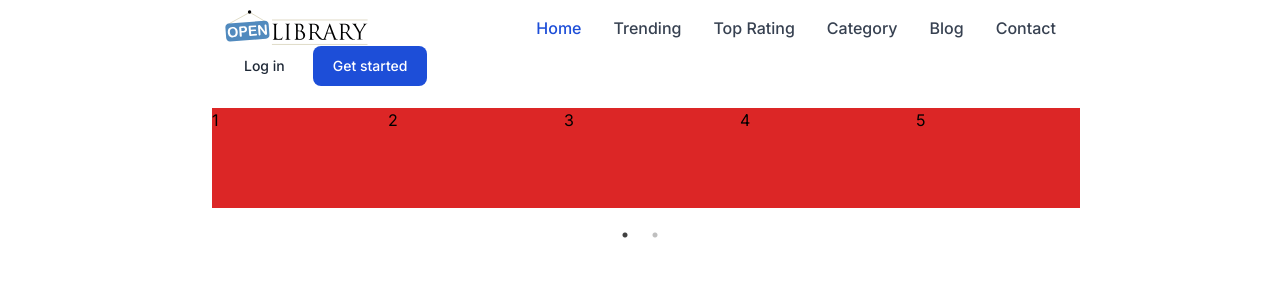
Repository: XuanKhanhHoang/Library-System-Frontend
Page: /
These files come from the project's save history. The page is drawn as it stood at one moment and after the next save; the edit follows.
The browser window is 1280 px wide. The pictures show the whole page.
The project was rebuilt for these pictures with package versions that can differ from the ones it lists, and the page was loaded fresh each time. The framework's server and built-in components were replaced by stand-ins that run in the browser. Also part of the build but not shown: next.config.mjs.

Above is the page before, as saved 2024-09-22 15:17:18.

### src/app/layout.tsx
import type { Metadata } from "next";
import { Inter } from "next/font/google";
import "./globals.css";
import "slick-carousel/slick/slick.css";
import "slick-carousel/slick/slick-theme.css";

const inter = Inter({ subsets: ["latin"] });

export const metadata: Metadata = {
  title: "Create Next App",
  description: "Generated by create next app",
};

export default function RootLayout({
  children,
}: Readonly<{
  children: React.ReactNode;
}>) {
  return (
    <html lang="en">
      <body className={inter.className}>
        <div className="mx-[200px]">
          <header>
            <nav className="bg-white border-gray-200 px-4 lg:px-6 py-2.5 dark:bg-gray-800">
              <div className="flex flex-wrap items-center justify-between max-w-screen-xl mx-auto">
                <img
                  src="./openlibrary-logo-tighter.svg"
                  className="h-6 mr-3 sm:h-9"
                  alt="Flowbite Logo"
                />
                <div className="flex items-center lg:order-2">
                  <a
                    href="#"
                    className="text-gray-800 dark:text-white hover:bg-gray-50 focus:ring-4 focus:ring-gray-300 font-medium rounded-lg text-sm px-4 lg:px-5 py-2 lg:py-2.5 mr-2 dark:hover:bg-gray-700 focus:outline-none dark:focus:ring-gray-800"
                  >
                    Log in
                  </a>
                  <a
                    href="#"
                    className="text-white bg-primary-700 hover:bg-primary-800 focus:ring-4 focus:ring-primary-300 font-medium rounded-lg text-sm px-4 lg:px-5 py-2 lg:py-2.5 mr-2 dark:bg-primary-600 dark:hover:bg-primary-700 focus:outline-none dark:focus:ring-primary-800"
                  >
                    Get started
                  </a>
                  <button
                    data-collapse-toggle="mobile-menu-2"
                    type="button"
                    className="inline-flex items-center p-2 ml-1 text-sm text-gray-500 rounded-lg lg:hidden hover:bg-gray-100 focus:outline-none focus:ring-2 focus:ring-gray-200 dark:text-gray-400 dark:hover:bg-gray-700 dark:focus:ring-gray-600"
                    aria-controls="mobile-menu-2"
                    aria-expanded="false"
                  >
                    <span className="sr-only">Open main menu</span>
                    <svg
                      className="w-6 h-6"
                      fill="currentColor"
                      viewBox="0 0 20 20"
                      xmlns="http://www.w3.org/2000/svg"
                    >
                      <path
                        fill-rule="evenodd"
                        d="M3 5a1 1 0 011-1h12a1 1 0 110 2H4a1 1 0 01-1-1zM3 10a1 1 0 011-1h12a1 1 0 110 2H4a1 1 0 01-1-1zM3 15a1 1 0 011-1h12a1 1 0 110 2H4a1 1 0 01-1-1z"
                        clip-rule="evenodd"
                      ></path>
                    </svg>
                    <svg
                      className="hidden w-6 h-6"
                      fill="currentColor"
                      viewBox="0 0 20 20"
                      xmlns="http://www.w3.org/2000/svg"
                    >
                      <path
                        fill-rule="evenodd"
                        d="M4.293 4.293a1 1 0 011.414 0L10 8.586l4.293-4.293a1 1 0 111.414 1.414L11.414 10l4.293 4.293a1 1 0 01-1.414 1.414L10 11.414l-4.293 4.293a1 1 0 01-1.414-1.414L8.586 10 4.293 5.707a1 1 0 010-1.414z"
                        clip-rule="evenodd"
                      ></path>
                    </svg>
                  </button>
                </div>
                <div
                  className="items-center justify-between hidden w-full lg:flex lg:w-auto lg:order-1"
                  id="mobile-menu-2"
                >
                  <ul className="flex flex-col mt-4 font-medium lg:flex-row lg:space-x-8 lg:mt-0">
                    <li>
                      <a
                        href="#"
                        className="block py-2 pl-3 pr-4 text-white rounded bg-primary-700 lg:bg-transparent lg:text-primary-700 lg:p-0 dark:text-white"
                        aria-current="page"
                      >
                        Home
                      </a>
                    </li>
                    <li>
                      <a
                        href="#"
                        className="block py-2 pl-3 pr-4 text-gray-700 border-b border-gray-100 hover:bg-gray-50 lg:hover:bg-transparent lg:border-0 lg:hover:text-primary-700 lg:p-0 dark:text-gray-400 lg:dark:hover:text-white dark:hover:bg-gray-700 dark:hover:text-white lg:dark:hover:bg-transparent dark:border-gray-700"
                      >
                        Trending
                      </a>
                    </li>
                    <li>
                      <a
                        href="#"
                        className="block py-2 pl-3 pr-4 text-gray-700 border-b border-gray-100 hover:bg-gray-50 lg:hover:bg-transparent lg:border-0 lg:hover:text-primary-700 lg:p-0 dark:text-gray-400 lg:dark:hover:text-white dark:hover:bg-gray-700 dark:hover:text-white lg:dark:hover:bg-transparent dark:border-gray-700"
                      >
                        Top Rating
                      </a>
                    </li>
                    <li>
                      <a
                        href="#"
                        className="block py-2 pl-3 pr-4 text-gray-700 border-b border-gray-100 hover:bg-gray-50 lg:hover:bg-transparent lg:border-0 lg:hover:text-primary-700 lg:p-0 dark:text-gray-400 lg:dark:hover:text-white dark:hover:bg-gray-700 dark:hover:text-white lg:dark:hover:bg-transparent dark:border-gray-700"
                      >
                        Category
                      </a>
                    </li>
                    <li>
                      <a
                        href="#"
                        className="block py-2 pl-3 pr-4 text-gray-700 border-b border-gray-100 hover:bg-gray-50 lg:hover:bg-transparent lg:border-0 lg:hover:text-primary-700 lg:p-0 dark:text-gray-400 lg:dark:hover:text-white dark:hover:bg-gray-700 dark:hover:text-white lg:dark:hover:bg-transparent dark:border-gray-700"
                      >
                        Blog
                      </a>
                    </li>
                    <li>
                      <a
                        href="#"
                        className="block py-2 pl-3 pr-4 text-gray-700 border-b border-gray-100 hover:bg-gray-50 lg:hover:bg-transparent lg:border-0 lg:hover:text-primary-700 lg:p-0 dark:text-gray-400 lg:dark:hover:text-white dark:hover:bg-gray-700 dark:hover:text-white lg:dark:hover:bg-transparent dark:border-gray-700"
                      >
                        Contact
                      </a>
                    </li>
                  </ul>
                </div>
              </div>
            </nav>
          </header>
          {children}
        </div>
      </body>
    </html>
  );
}

### src/app/page.tsx
"use client";
import React, { useRef, useState } from "react";
import Slider from "react-slick";
import "slick-carousel/slick/slick.css";
import "slick-carousel/slick/slick-theme.css";

export default function Home() {
  var settings = {
    dots: true,
    infinite: false,
    speed: 500,
    slidesToShow: 5,
    slidesToScroll: 4,
    initialSlide: 0,
    responsive: [
      {
        breakpoint: 1024,
        settings: {
          slidesToShow: 3,
          slidesToScroll: 3,
          infinite: true,
          dots: true,
        },
      },
      {
        breakpoint: 600,
        settings: {
          slidesToShow: 2,
          slidesToScroll: 2,
          initialSlide: 2,
        },
      },
      {
        breakpoint: 480,
        settings: {
          slidesToShow: 1,
          slidesToScroll: 1,
        },
      },
    ],
  };
  const object = [1, 2, 3, 4, 5, 6, 7, 8];
  return (
    <div className="slider-container">
      <Slider {...settings}>
        {object.map((i, index) => (
          <div className="w-[100px] h-[100px] bg-red-600 m-3" key={index}>
            <h1>{i}</h1>
          </div>
        ))}
      </Slider>
    </div>
  );
}

### src/app/globals.css
@tailwind base;
@tailwind components;
@tailwind utilities;

* {
  box-sizing: border-box;
  padding: 0;
  margin: 0;
}

.swiper {
  width: 100%;
  height: 100%;
}

.swiper-slide {
  text-align: center;
  font-size: 18px;
  background: #fff;

  /* Center slide text vertically */
  display: flex;
  justify-content: center;
  align-items: center;
}

.swiper-slide img {
  display: block;
  width: 100%;
  height: 100%;
  object-fit: cover;
}

### tailwind.config.js
/** @type {import('tailwindcss').Config} */
module.exports = {
  content: ["./src/**/*.{js,ts,jsx,tsx,mdx}"],
  theme: {
    extend: {
      colors: {
        primary: {
          50: "#eff6ff",
          100: "#dbeafe",
          200: "#bfdbfe",
          300: "#93c5fd",
          400: "#60a5fa",
          500: "#3b82f6",
          600: "#2563eb",
          700: "#1d4ed8",
          800: "#1e40af",
          900: "#1e3a8a",
          950: "#172554",
        },
      },
    },
  },
  fontFamily: {
    body: [
      "Inter",
      "ui-sans-serif",
      "system-ui",
      "-apple-system",
      "system-ui",
      "Segoe UI",
      "Roboto",
      "Helvetica Neue",
      "Arial",
      "Noto Sans",
      "sans-serif",
      "Apple Color Emoji",
      "Segoe UI Emoji",
      "Segoe UI Symbol",
      "Noto Color Emoji",
    ],
    sans: [
      "Inter",
      "ui-sans-serif",
      "system-ui",
      "-apple-system",
      "system-ui",
      "Segoe UI",
      "Roboto",
      "Helvetica Neue",
      "Arial",
      "Noto Sans",
      "sans-serif",
      "Apple Color Emoji",
      "Segoe UI Emoji",
      "Segoe UI Symbol",
      "Noto Color Emoji",
    ],
  },
  plugins: [],
};

After the next save:
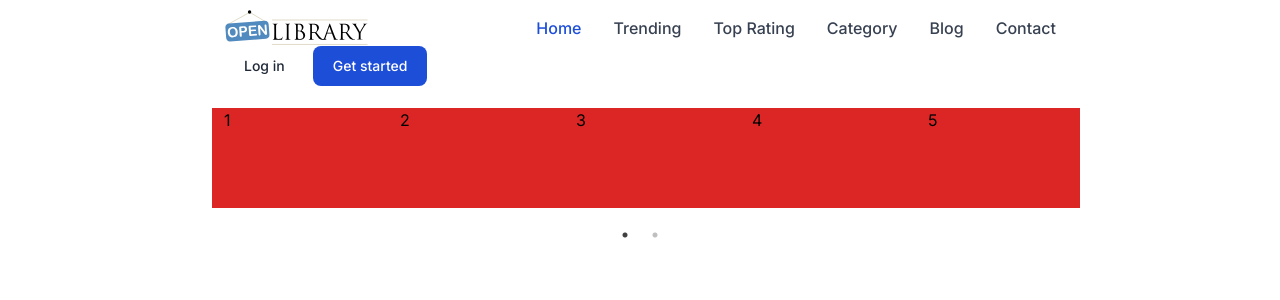
Saved 26 s later.
--- a/src/app/page.tsx
+++ b/src/app/page.tsx
@@ -44,7 +44,7 @@
     <div className="slider-container">
       <Slider {...settings}>
         {object.map((i, index) => (
-          <div className="w-[100px] h-[100px] bg-red-600 m-3" key={index}>
+          <div className="w-[100px] h-[100px] bg-red-600 m-3 px-3" key={index}>
             <h1>{i}</h1>
           </div>
         ))}
